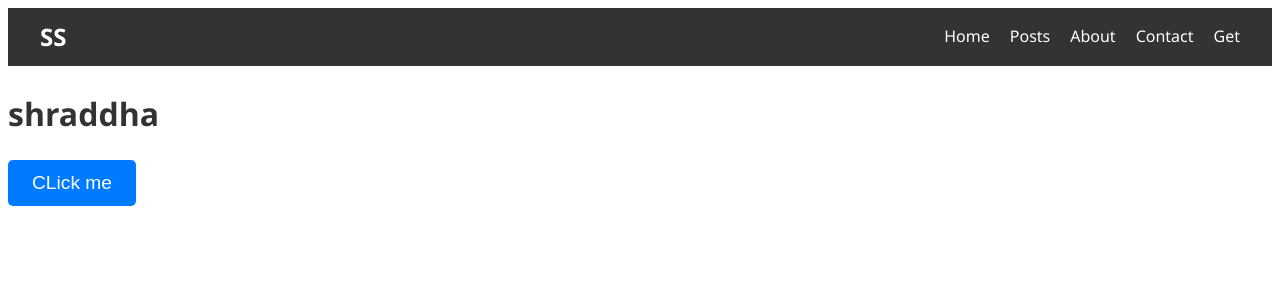
Repository: sshaiv/react_learn
Page: /Users
The author's editor kept a copy of each file at every save. The page is drawn from the files as they stood at one save, then again after the next save.
The browser window is 1280 px wide. The pictures show the whole page.
The project was rebuilt for these pictures with package versions that can differ from the ones it lists, and the page was loaded fresh each time. Also part of the build but not shown: src/components/Home.js, src/components/About.js, src/components/Contact.js, src/utils/data.js, src/components/Posts.js, src/components/PostDetails.js, src/components/Get.js.

Above is the page before, as saved 2024-07-05 20:31:30.

After the next save:
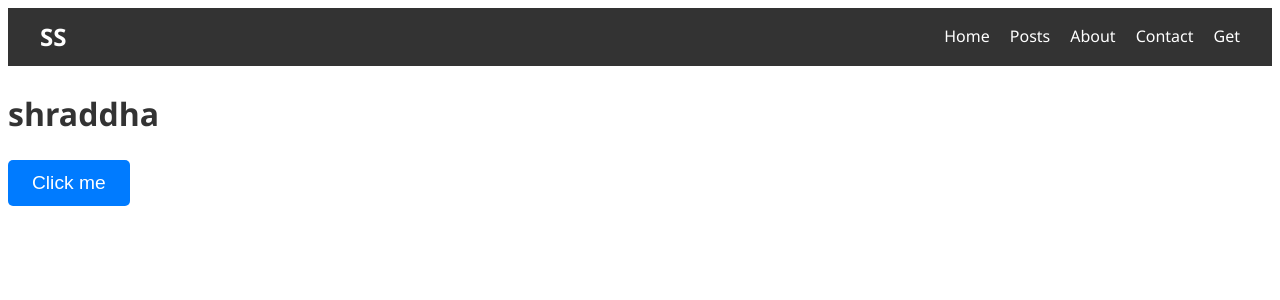
Saved 2 min 50 s later.
--- a/src/components/Users.js
+++ b/src/components/Users.js
@@ -3,14 +3,14 @@ import { useState } from "react";
 function Users() {
   const [data, setData] = useState("shraddha");
 
-  function newdata(){
-    setData('Shaiv')
+  function updateData() {
+    setData('Shaiv');
+  }
 
-  }
   return (
     <div>
       <h1>{data}</h1>
-      <button onClick={()=>(newdata)}>CLick me</button>
+      <button onClick={updateData}>Click me</button>
     </div>
   );
 }
